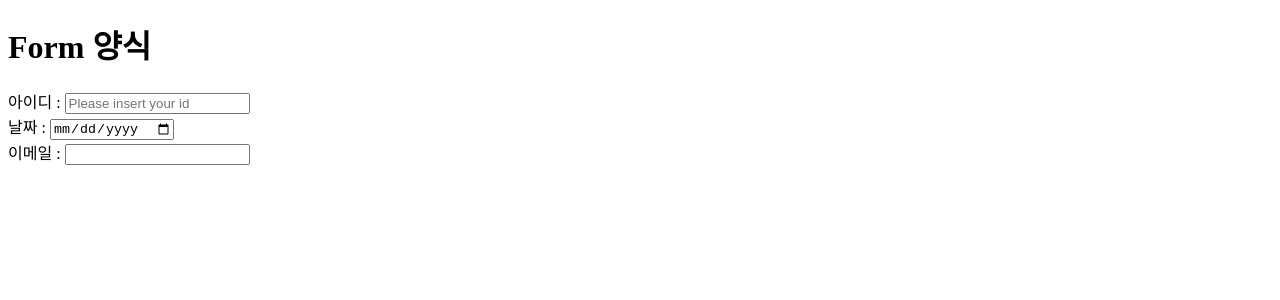
Repository: JeongHyeongKim/practice_myself
Page: Si_basic/WebProject/setp01_HTMLCS/WebContent/HTML/ex05_formTag.html
The author's editor kept a copy of each file at every save. The page is drawn from the files as they stood at one save, then again after the next save.
The browser window is 1280 px wide. The pictures show the whole page.

Above is the page before, as saved 2019-04-22 05:37:16.

### Si_basic/WebProject/setp01_HTMLCS/WebContent/HTML/ex05_formTag.html
<!DOCTYPE html>
<html>
<head>
	<meta charset="UTF-8">
	<title></title>
</head>
	<body>
		<h1>Form 양식</h1>
		<form action="http://www.daum.net" method="get">
			아이디  : <input type="text" id="id" name="id" placeholder="Please insert your id" required="required"/><br>
			날짜 : <input type="date" name="birth"/><br>
			이메일 : <input type="email" name="email"/>
		</form>
	</body>
</html>

After the next save:
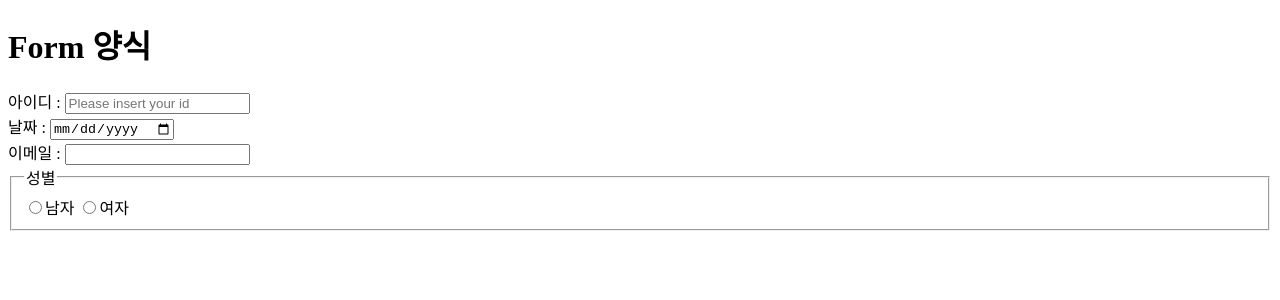
Saved 104 s later.
--- a/Si_basic/WebProject/setp01_HTMLCS/WebContent/HTML/ex05_formTag.html
+++ b/Si_basic/WebProject/setp01_HTMLCS/WebContent/HTML/ex05_formTag.html
@@ -10,6 +10,12 @@
 			아이디  : <input type="text" id="id" name="id" placeholder="Please insert your id" required="required"/><br>
 			날짜 : <input type="date" name="birth"/><br>
 			이메일 : <input type="email" name="email"/>
+
+			<fieldset>
+				<legend>성별</legend>
+				<input type="radio" name="man">남자
+				<input type="radio" name="woman">여자
+			</fieldset>
 		</form>
 	</body>
 </html>
